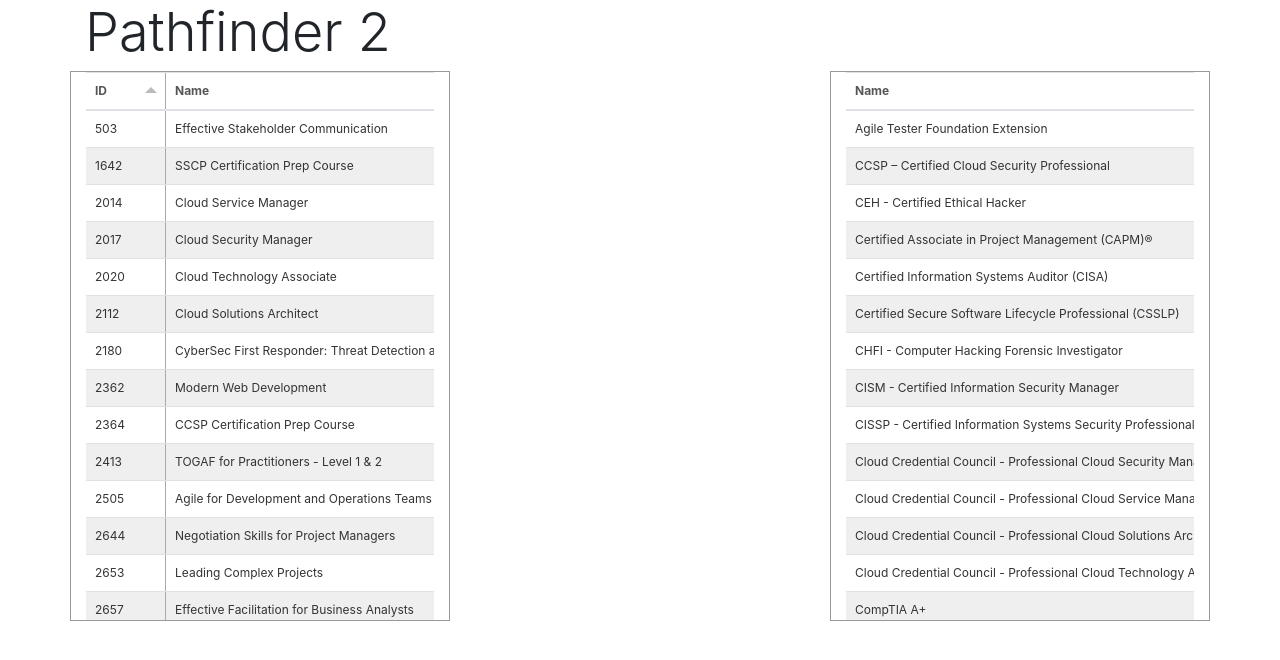
Repository: t1s1/pathfinder2
Page: index.html
The author's editor kept a record of every edit. The page is drawn from the files as they stood at one moment, then again after the next edit.
The browser window is 1280 px wide. The pictures show the whole page.

Above is the page before.

After the next edit:
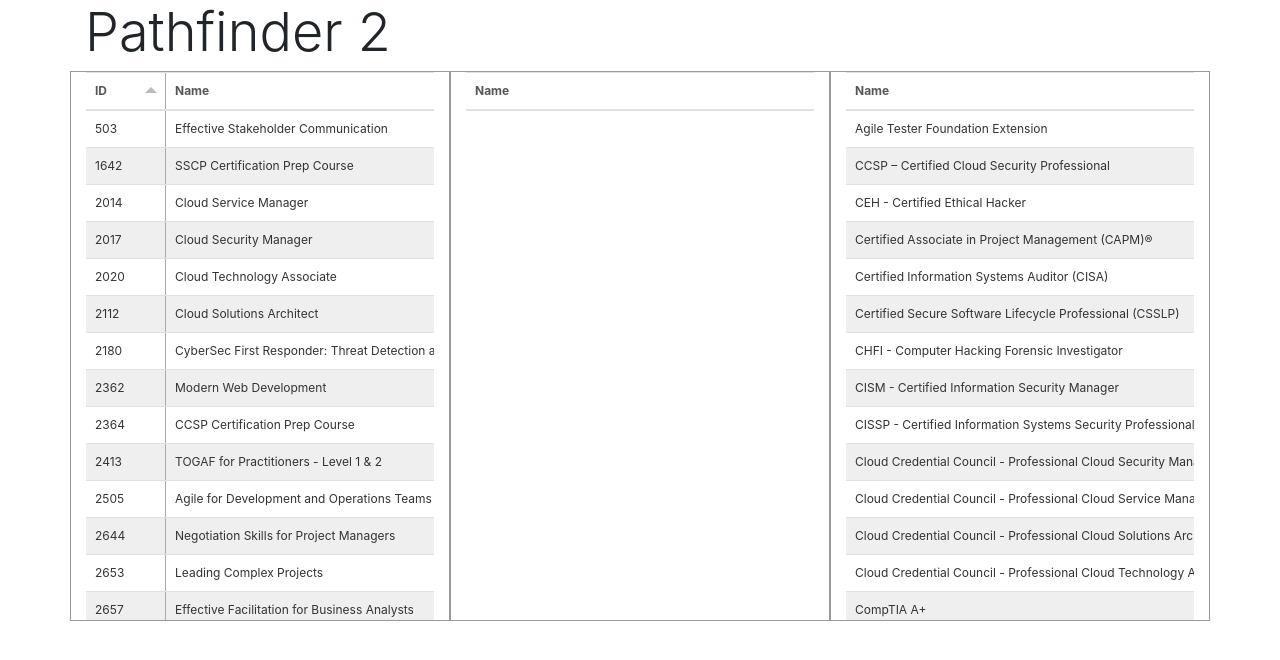
The edit:
--- a/index.html
+++ b/index.html
@@ -22,6 +22,8 @@
     $(document).ready(function() {
       $.get( "data/AA_courses.csv", function( data ) {processData(data, "course-table", 1)});
       $.get( "data/AA_certs.csv", function( data ) {processData(data, "cert-table", 0)});
+      // no data yet
+      processData("none", "assoc-table", 0);
     });
 
     function processData( data, tableName, showID ) {
